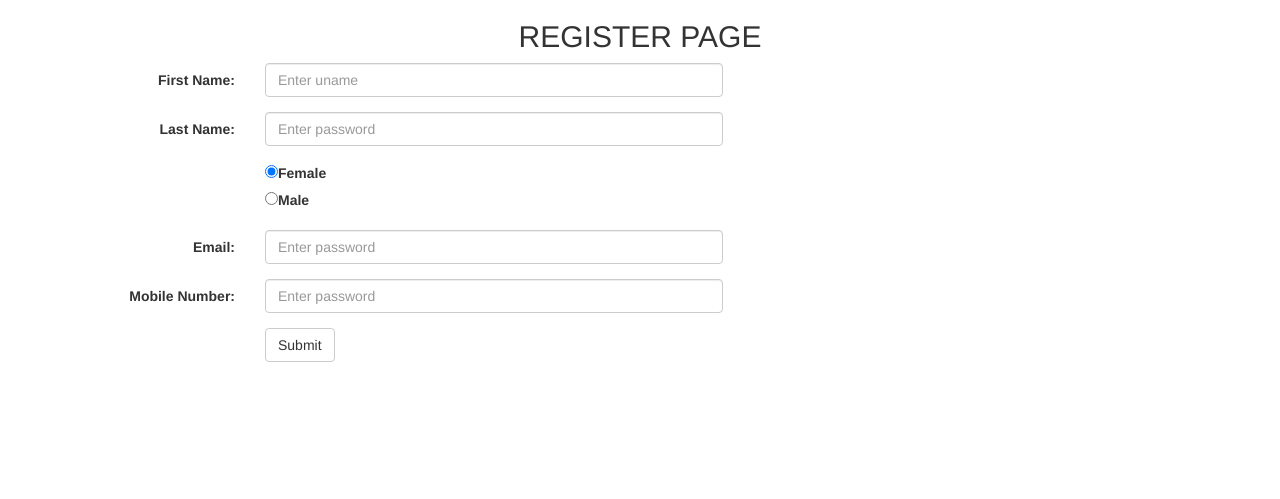
Repository: AvantiKopulwar/Task-Workspace
Page: http://localhost/AdminStudentLogin/register.jsp
These files come from the project's save history. The page is drawn as it stood at one moment and after the next save; the edit follows.
The browser window is 1280 px wide. The pictures show the whole page.
The page is served by Tomcat 9. Nobody is signed in. The application's start-up code is not run.

Above is the page before, as saved 2018-09-29 14:12:47.

After the next save:
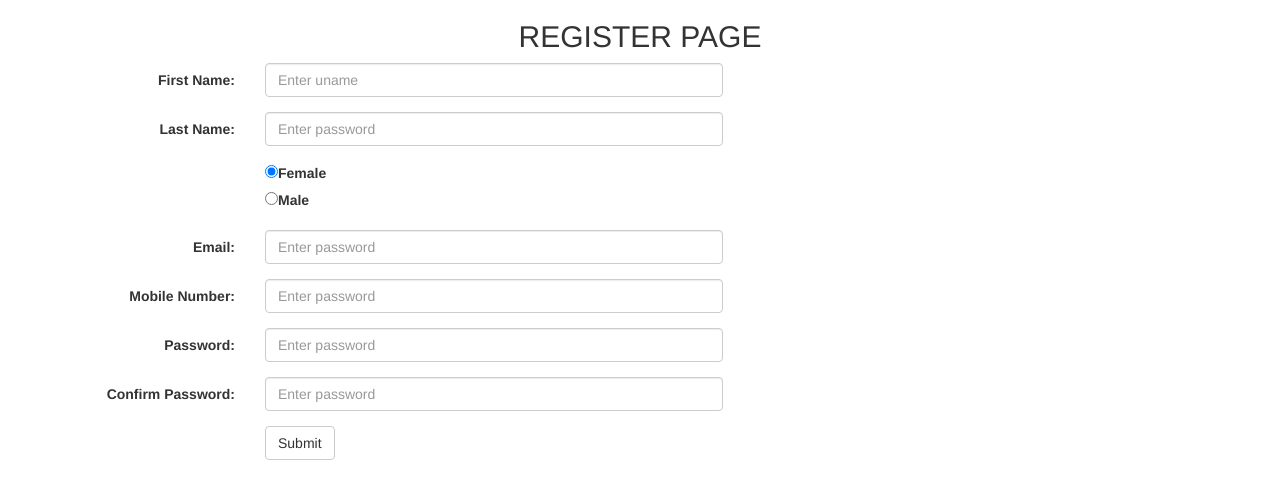
Saved 3 h 40 min later.
--- a/AdminStudentLogin/WebContent/register.jsp
+++ b/AdminStudentLogin/WebContent/register.jsp
@@ -55,6 +55,20 @@
 				</div>
 			</div>
 			<div class="form-group">
+				<label class="control-label col-sm-2" for="password">Password:</label>
+				<div class="col-sm-5">
+					<input type="password" class="form-control" id="password"
+						placeholder="Enter password" name="password">
+				</div>
+			</div>
+			<div class="form-group">
+				<label class="control-label col-sm-2" for="password">Confirm Password:</label>
+				<div class="col-sm-5">
+					<input type="password" class="form-control" id="password"
+						placeholder="Enter password" name="password">
+				</div>
+			</div>
+			<div class="form-group">
 				<div class="col-sm-offset-2 col-sm-10">
 					<button type="submit" class="btn btn-default">Submit</button>
 				</div>
